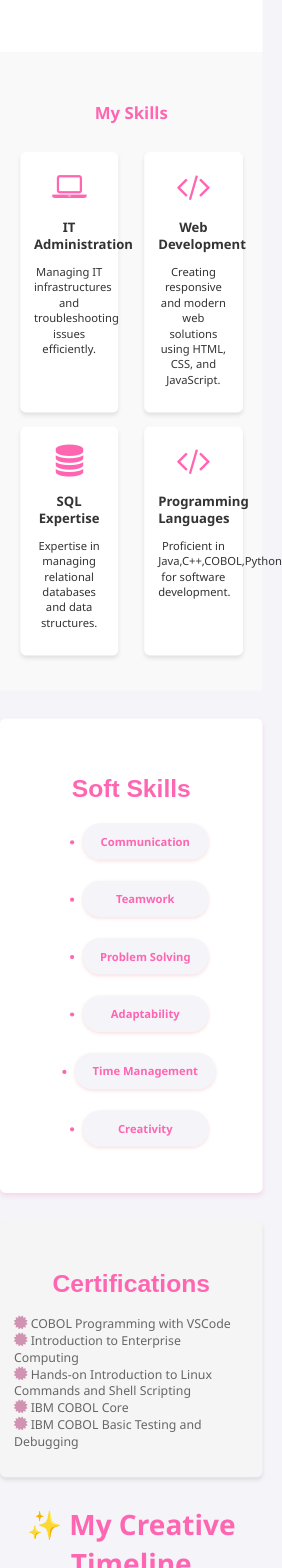
Repository: asandan8106/Asanda-sPortfolio
Page: Portfolio/About.html
An editor plug-in stored every save of this project. The page is shown before and after the next save, followed by the edit.
The browser window is 375 px wide. The page is 403 px wide, so the pictures cover 403 px, including what lies to the right of the window. The pictures show the part of the page from y = 1715 to 3955 px (the page is 5544 px tall before and 5837 px after), at 70% of full size.

Above is the page before, as saved 2025-05-19 10:18:56.
Console error: ReferenceError: Typed is not defined

### Portfolio/About.html
<!DOCTYPE html>
<html lang="en">
<head>
    <meta charset="UTF-8">
    <meta name="viewport" content="width=device-width, initial-scale=1.0">
    <title>Portfolio - About</title>
    <link rel="stylesheet" href="https://cdnjs.cloudflare.com/ajax/libs/font-awesome/4.7.0/css/font-awesome.min.css">
       <link rel="stylesheet" href="styles/CSS/about.css" />
</head>
<body>
    <link href="https://fonts.googleapis.com/css2?family=Fira+Code&display=swap" rel="stylesheet">

    <!-- Navigation Bar -->
    <header>
        <nav class="navbar">
            <div class="icon-bar">
                <a href="index.html"><i class="fa fa-home"></i><span>Home</span></a>
                <a href="About.html"><i class="fa fa-user"></i><span>About</span></a>
                <a href="project.html"><i class="fa fa-folder"></i><span>Projects</span></a>
                <a href="contact.html"><i class="fa fa-envelope"></i><span>Contact</span></a>
                <a href="chatbot.html"><i class="fa fa-wechat"></i><span>Chatbot</span></a>
            </div>
        </nav>
    </header>


    <!-- Hero Section -->
    <section class="hero-section">
        <div class="text">
            <h1>Welcome to My About Page</h1>
            <p>Discover more about my journey, skills, and experiences as a dedicated IT professional.</p>
        </div>
        <img src="images/picture.webp" alt="Your Photo">
    </section>

    <!-- About Section -->
    <section class="about-section">
        <div class="content">
            <h2>Profile Summary</h2>
            <p>
               Technology has never been just a job for me—it’s a playground where I get to transform complex challenges into practical solutions that genuinely make life easier. I thrive on crafting systems that aren’t just efficient and reliable but intuitive enough to simplify the everyday for users. A recent project I’m proud of is a payroll system that effortlessly handles everything from salary calculations to tax deductions, freeing businesses from tedious manual work and helping them run smoother. I’m detail-driven but always keep the bigger picture in mind, making sure every piece fits perfectly together—solid in its foundation and seamless in its experience. After all, debugging is just like being a detective in a crime movie where you are also the murderer! It’s this balance that fuels my passion and keeps me motivated to create technology that truly makes a difference.


            </p>
        </div>
        <div class="highlights">
            <h2>Key Highlights</h2>
            <ul>
                <li><i class="fa fa-check-circle"></i>Turning tech headaches into smooth experiences..</li>
                <li><i class="fa fa-check-circle"></i> Built systems that actually make life easier (ask my payroll project)...</li>
                <li><i class="fa fa-check-circle"></i> Tech that works, not just looks good.</li>
            </ul>
        </div>
    </section>

    <!-- Skills Section -->
    <section class="skills-section">
        <h2>My Skills</h2>
        <div class="skills-container">
            <div class="skill-card">
                <div class="icon"><i class="fa fa-laptop"></i></div>
                <h3>IT Administration</h3>
                <p>Managing IT infrastructures and troubleshooting issues efficiently.</p>
            </div>
            <div class="skill-card">
                <div class="icon"><i class="fa fa-code"></i></div>
                <h3>Web Development</h3>
                <p>Creating responsive and modern web solutions using HTML, CSS, and JavaScript.</p>
            </div>
            <div class="skill-card">
                <div class="icon"><i class="fa fa-database"></i></div>
                <h3>SQL Expertise</h3>
                <p>Expertise in managing relational databases and data structures.</p>
            </div>
            <div class="skill-card">
                <div class="icon"><i class="fa fa-code"></i></div>
                <h3>Programming Languages</h3>
                <p>Proficient in Java,C++,COBOL,Python for software development.</p>
            </div>
        </div>
    </section>
<section class="soft-skills-section">
    <h2>Soft Skills</h2>
    <ul class="soft-skills-list">
        <li>Communication</li>
        <li>Teamwork</li>
        <li>Problem Solving</li>
        <li>Adaptability</li>
        <li>Time Management</li>
        <li>Creativity</li>
    </ul>
</section>
<section class="certification-section" aria-label="Certifications">
  <h2>Certifications</h2>
  <ul class="certification-list">
    <li class="cert-item">
      <i class="fa fa-certificate" aria-hidden="true"></i>
      <a href="https://www.credly.com/badges/4c66f79b-ba31-44de-8d69-b57a3cbdc68f/linked_in_profile"
         target="_blank" rel="noopener noreferrer"
         title="View COBOL Programming with VSCode Certification">
         COBOL Programming with VSCode
      </a>
    </li>
    <li class="cert-item">
      <i class="fa fa-certificate" aria-hidden="true"></i>
      <a href="https://www.coursera.org/account/accomplishments/verify/8TMCOO9QFN47"
         target="_blank" rel="noopener noreferrer"
         title="View Introduction to Enterprise Computing Certification">
         Introduction to Enterprise Computing
      </a>
    </li>
    <li class="cert-item">
      <i class="fa fa-certificate" aria-hidden="true"></i>
      <a href="https://www.credly.com/badges/31d8a5a7-f87c-4acf-a509-039343c42ad2/linked_in_profile"
         target="_blank" rel="noopener noreferrer"
         title="View Hands-on Introduction to Linux Commands and Shell Scripting Certification">
         Hands-on Introduction to Linux Commands and Shell Scripting
      </a>
    </li>
    <li class="cert-item">
      <i class="fa fa-certificate" aria-hidden="true"></i>
      <a href="https://www.coursera.org/account/accomplishments/verify/7HGLX49AV1LQ"
         target="_blank" rel="noopener noreferrer"
         title="View IBM COBOL Core Certification">
         IBM COBOL Core
      </a>
    </li>
    <li class="cert-item">
      <i class="fa fa-certificate" aria-hidden="true"></i>
      <a href="https://www.coursera.org/account/accomplishments/verify/7KDKOBWAL0O5"
         target="_blank" rel="noopener noreferrer"
         title="View IBM COBOL Basic Testing and Debugging Certification">
         IBM COBOL Basic Testing and Debugging
      </a>
    </li>
  </ul>
</section>

 <section class="timeline-container">
    <h1 class="section-title">✨ My Creative Timeline</h1>
    <div class="timeline">

      <div class="timeline-item left">
        <div class="timeline-content">
          <span class="date">2024 - Present</span>
          <h3>💼 COBOL Developer</h3>
          <p>Internship @ CAPACITI - working on payroll systems and legacy modernization.</p>
        </div>
      </div>

      <div class="timeline-item right">
        <div class="timeline-content">
          <span class="date">2024 - Present</span>
          <h3>🎓 Honors in IT</h3>
          <p>Postgrad at Richfield Graduate Institute of Technology.</p>
        </div>
      </div>

      <div class="timeline-item left">
        <div class="timeline-content">
          <span class="date">2022 - 2024</span>
          <h3>🤝 Volunteer Web Developer</h3>
          <p>Contributed IT support and dev for Growth Organization.</p>
        </div>
      </div>

      <div class="timeline-item right">
        <div class="timeline-content">
          <span class="date">2021 - 2024</span>
          <h3>🎓 BSc in Information Technology</h3>
          <p>Specialized in Systems Engineering @ Richfield Institute.</p>
        </div>
      </div>

      <div class="timeline-item left">
        <div class="timeline-content">
          <span class="date">High School</span>
          <h3>🖥️ First Programming Experience</h3>
          <p>Started with Delphi & learned basic programming concepts.</p>
        </div>
      </div>

    </div>
  </section>

    <button id="back-to-top" aria-label="Back to top">
    ↑
</button>


</section>
 <!-- Footer -->
    <footer>
        <p>&copy; 2024 Asanda Ngwenya. All Rights Reserved.</p>
        <p>Connect with me on
            <a href="https://www.linkedin.com/" target="_blank">LinkedIn</a>,
            <a href="https://twitter.com/" target="_blank">Twitter</a>, and
            <a href="https://www.instagram.com/" target="_blank">Instagram</a>.
        </p>
    </footer>
        <script src="Javascript/animation.js"></script>
</body>
</html>

### Portfolio/styles/CSS/about.css
body {
    font-family: 'Arial', sans-serif;
    margin: 0;
    padding: 0;
    color: #333;
    background-color: #f4f4f9;
}

h1, h2 {
    color: #ff66b2;
}

a {
    text-decoration: none;
}

/* Navigation Bar */
.navbar {
    display: flex;
    justify-content: center;
    align-items: center;
    background: #fff;
    position: fixed;
    top: 0;
    width: 100%;
    height: 60px;
    z-index: 100;
    box-shadow: 0px 2px 10px rgba(0, 0, 0, 0.5);
}

.navbar .icon-bar {
    display: flex;
    gap: 25px;
}

.navbar .icon-bar a {
    text-decoration: none;
    color: rgba(0, 0, 0, 0.5);
    font-size: 18px;
    font-weight: bold;
    display: flex;
    align-items: center;
    transition: color 0.3s, background 0.3s;
    padding: 8px 15px;
    border-radius: 5px;
}

.navbar .icon-bar a i {
    margin-right: 8px;
}

.navbar .icon-bar a:hover {
    color: #d62828;
    background: rgba(255, 255, 255, 0.2);
}

.navbar .icon-bar a span {
    display: inline-block;
}

.navbar-right a:hover {
    color: #ff66b2;
}

/* Hero Section */
.hero-section {
    display: flex;
    justify-content: center;
    align-items: center;
    background: url('https://via.placeholder.com/1500x500') no-repeat center center/cover;
    color: white;
    padding: 100px 20px;
}

.hero-section .text {
    text-align: center;
    margin-right: 30px;
}

.hero-section h1 {
    font-size: 48px;
    margin-bottom: 20px;
    animation: fadeIn 1s ease-out;
}

.hero-section p {
    font-size: 20px;
    line-height: 1.6;
    max-width: 800px;
    margin: 0 auto;
    animation: fadeIn 1.5s ease-out;
    color: #333;
}

.hero-section img {
    border-radius: 50%;
    width: 150px;
    height: 150px;
    object-fit: cover;
    border: 4px solid #ff66b2;
}

/* About Section */
.about-section {
    display: flex;
    flex-wrap: wrap;
    justify-content: space-around;
    padding: 50px 20px;
    background-color: white;
    animation: fadeIn 2s ease-out;
}

.about-section .content, .about-section .highlights {
    flex: 1 1 45%;
    margin: 10px;
}

.about-section .content h2, .about-section .highlights h2 {
    margin-bottom: 20px;
}

.about-section .content p {
    color: #666;
    line-height: 1.8;
}

.about-section .highlights ul {
    list-style: none;
    padding: 0;
}

.about-section .highlights ul li {
    margin: 10px 0;
    color: #666;
}

.about-section .highlights ul li i {
    color: #ff66b2;
    margin-right: 10px;
}

/* Skills Section */
.skills-section {
    padding: 50px 20px;
    background-color: #f9f9f9;
    text-align: center;
}

.skills-section h2 {
    margin-bottom: 40px;
    animation: fadeIn 2s ease-out;
}

.skills-container {
    display: flex;
    justify-content: space-around;
    flex-wrap: wrap;
    gap: 20px;
}

.skill-card {
    background-color: white;
    padding: 20px;
    border-radius: 8px;
    box-shadow: 0 4px 6px rgba(0, 0, 0, 0.1);
    transition: transform 0.3s ease, box-shadow 0.3s ease;
    width: 30%;
    animation: fadeIn 2.5s ease-out;
}

.skill-card:hover {
    transform: translateY(-10px);
    box-shadow: 0 8px 15px rgba(0, 0, 0, 0.2);
}

.skill-card .icon {
    font-size: 40px;
    color: #ff66b2;
    margin-bottom: 15px;
    animation: iconBounce 1s infinite ease-in-out;
}

.skill-card h3 {
    margin-bottom: 10px;
}

/* Soft Skills Section */
.soft-skills-section {
    padding: 50px 20px;
    background-color: #fff;
    max-width: 900px;
    margin: 40px auto;
    border-radius: 8px;
    box-shadow: 0 4px 8px rgba(255, 102, 178, 0.2);
    color: #333;
    text-align: center;
}

.soft-skills-section h2 {
    color: #ff66b2;
    font-size: 2.2rem;
    margin-bottom: 30px;
    font-weight: bold;
    font-family: 'Arial', sans-serif;
}

.soft-skills-list {
    display: flex;
    flex-wrap: wrap;
    justify-content: center;
    gap: 30px;
}

.soft-skills-list li {
    background-color: #f4f4f9;
    padding: 15px 25px;
    border-radius: 25px;
    font-weight: 600;
    color: #ff66b2;
    box-shadow: 0 2px 5px rgba(214, 40, 40, 0.15);
    min-width: 130px;
    transition: background-color 0.3s ease, color 0.3s ease;
    cursor: default;
}

.soft-skills-list li:hover {
    background-color: #ff66b2;
    color: white;
    box-shadow: 0 4px 12px rgba(255, 102, 178, 0.6);
}

/* Certification Section */
.certification-section {
    padding: 40px 20px;
    background-color: #f5f5f5;
    color: #333;
    max-width: 900px;
    margin: 40px auto;
    border-radius: 8px;
    box-shadow: 0 4px 6px rgba(0, 0, 0, 0.1);
}

.certification-section h2 {
    text-align: center;
    margin-bottom: 25px;
    color: #ff66b2;
    font-size: 2.2rem;
    font-weight: bold;
    font-family: 'Arial', sans-serif;
}

.certification-list {
    list-style: none;
    padding-left: 0;
    font-size: 1.1rem;
    max-width: 600px;
    margin: 0 auto;
}

.certification-list li i {
    color: #d193b2;
    font-size: 1.4rem;
}

.certification-list a {
    color: #666;
    text-decoration: none;
    font-weight: 500;
    transition: color 0.3s ease;
}

/* Timeline Section */
body {
  margin: 0;
  font-family: "Segoe UI", sans-serif;
  background: #f4f4f9;
}

.section-title {
  text-align: center;
  font-size: 2.5rem;
  margin: 40px 0;
  color: #ff66b2;
}

.timeline-container {
  width: 90%;
  max-width: 1000px;
  margin: 0 auto;
  padding-bottom: 80px;
  position: relative;
}

.timeline {
  position: relative;
  padding: 20px 0;
}

.timeline::before {
  content: '';
  position: absolute;
  left: 50%;
  top: 0;
  width: 4px;
  height: 100%;
  background-color: #ff66b2;
  transform: translateX(-50%);
  z-index: 1;
}

.timeline-item {
  position: relative;
  width: 50%;
  padding: 20px 30px;
  box-sizing: border-box;
}

.timeline-item::before {
  content: '';
  position: absolute;
  top: 30px;
  width: 20px;
  height: 20px;
  background: #ff66b2;
  border: 4px solid #fff;
  border-radius: 50%;
  z-index: 2;
  animation: pulse 2s infinite;
}

@keyframes pulse {
  0% {
    box-shadow: 0 0 0 0 rgba(255, 102, 178, 0.6);
  }
  70% {
    box-shadow: 0 0 0 15px rgba(255, 102, 178, 0);
  }
  100% {
    box-shadow: 0 0 0 0 rgba(255, 102, 178, 0);
  }
}

.timeline-item.left {
  left: 0;
  text-align: right;
}

.timeline-item.left::before {
  right: -10px;
}

.timeline-item.right {
  left: 50%;
  text-align: left;
}

.timeline-item.right::before {
  left: -10px;
}

.timeline-content {
  background: #fff;
  padding: 20px;
  border-radius: 12px;
  box-shadow: 0 4px 20px rgba(0,0,0,0.05);
  border-top: 5px solid #ff66b2;
}

.timeline-content h3 {
  margin: 10px 0 8px;
  color: #ff66b2;
}

.timeline-content .date {
  font-size: 0.85rem;
  color: #d193b2;
  font-weight: bold;
}

.timeline-content p {
  color: #444;
  font-size: 0.95rem;
  margin: 0;
}

/* Responsive Design */
@media screen and (max-width: 768px) {
  .timeline::before {
    left: 10px;
  }

  .timeline-item {
    width: 100%;
    padding-left: 40px;
    padding-right: 20px;
    margin-bottom: 30px;
  }

  .timeline-item.left,
  .timeline-item.right {
    left: 0;
    text-align: left;
  }

  .timeline-item::before {
    left: 0;
  }
}


/* Footer */
footer {
    background-color: #333;
    color: white;
    padding: 30px 20px;
    text-align: center;
    margin-top: 50px;
}

footer p {
    margin: 5px 0;
}

footer a {
    color: #f06292;
    text-decoration: none;
    font-weight: bold;
}

footer a:hover {
    text-decoration: underline;
}

/* Back to Top */
#back-to-top {
    position: fixed;
    bottom: 30px;
    right: 30px;
    background-color: #ff66b2;
    color: white;
    border: none;
    padding: 12px 16px;
    border-radius: 50%;
    font-size: 20px;
    cursor: pointer;
    box-shadow: 0 4px 8px rgba(255, 102, 178, 0.4);
    display: none;
    z-index: 200;
    transition: background-color 0.3s ease;
}

#back-to-top:hover {
    background-color: #d62828;
}

/* Animations */
@keyframes fadeIn {
    from {
        opacity: 0;
        transform: translateY(20px);
    }
    to {
        opacity: 1;
        transform: translateY(0);
    }
}

@keyframes slideIn {
    from {
        opacity: 0;
        transform: translateX(-100%);
    }
    to {
        opacity: 1;
        transform: translateX(0);
    }
}

@keyframes iconBounce {
    0%, 100% {
        transform: scale(1);
    }
    50% {
        transform: scale(1.2);
    }
}

### Portfolio/Javascript/animation.js
document.addEventListener("DOMContentLoaded", () => {
    const options = {
   strings: [
    "I am <span class='name'>Asanda</span> Ngwenya",
    "A Software <span class='name'>Developer</span>",
    "I turn caffeine<span class='name'> into</span> code",
    "And bugs <span class='name'>into </span> features",
    "Let's create <span class='name'>something  </span>  amazing together!"
],

        typeSpeed: 50,
        backSpeed: 50,
        backDelay: 2000,
        loop: true // Keeps looping through the phrases
    };

    new Typed(".typing-effect", options);
});

const backToTopButton = document.getElementById('back-to-top');

window.addEventListener('scroll', () => {
  if (window.scrollY > 300) {
    backToTopButton.style.display = 'block';
  } else {
    backToTopButton.style.display = 'none';
  }
});

backToTopButton.addEventListener('click', () => {
  window.scrollTo({ top: 0, behavior: 'smooth' });
});

const faders = document.querySelectorAll('.fade-in-section');

const appearOptions = {
  threshold: 0.1,
  rootMargin: "0px 0px -50px 0px"
};

const appearOnScroll = new IntersectionObserver((entries, appearOnScroll) => {
  entries.forEach(entry => {
    if (entry.isIntersecting) {
      entry.target.classList.add('is-visible');
      appearOnScroll.unobserve(entry.target);
    }
  });
}, appearOptions);

faders.forEach(fader => {
  appearOnScroll.observe(fader);
});

After the next save:
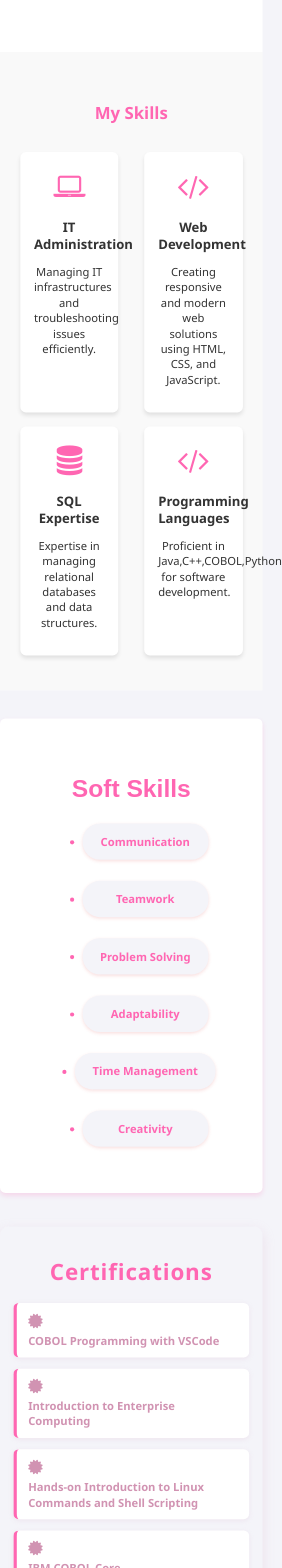
Saved 66 s later.
--- a/Portfolio/styles/CSS/about.css
+++ b/Portfolio/styles/CSS/about.css
@@ -231,42 +231,90 @@ a {
 
 /* Certification Section */
 .certification-section {
-    padding: 40px 20px;
-    background-color: #f5f5f5;
-    color: #333;
-    max-width: 900px;
-    margin: 40px auto;
-    border-radius: 8px;
-    box-shadow: 0 4px 6px rgba(0, 0, 0, 0.1);
+  max-width: 600px;
+  margin: 3rem auto;
+  background-color: #f4f4f9;
+  padding: 1.5rem 2rem;
+  border-radius: 12px;
+  box-shadow: 0 6px 18px rgba(209, 147, 178, 0.2);
 }
 
 .certification-section h2 {
-    text-align: center;
-    margin-bottom: 25px;
-    color: #ff66b2;
-    font-size: 2.2rem;
-    font-weight: bold;
-    font-family: 'Arial', sans-serif;
+  color: #ff66b2;
+  font-weight: 700;
+  font-size: 2rem;
+  margin-bottom: 1.5rem;
+  text-align: center;
+  letter-spacing: 1.2px;
 }
 
 .certification-list {
-    list-style: none;
-    padding-left: 0;
-    font-size: 1.1rem;
-    max-width: 600px;
-    margin: 0 auto;
-}
-
-.certification-list li i {
-    color: #d193b2;
-    font-size: 1.4rem;
-}
-
-.certification-list a {
-    color: #666;
-    text-decoration: none;
-    font-weight: 500;
-    transition: color 0.3s ease;
+  list-style: none;
+  padding: 0;
+  margin: 0;
+  display: flex;
+  flex-direction: column;
+  gap: 1rem;
+}
+
+.cert-item {
+  background: white;
+  border-left: 5px solid #ff66b2;
+  padding: 0.8rem 1rem;
+  display: flex;
+  align-items: center;
+  gap: 12px;
+  border-radius: 8px;
+  box-shadow: 0 2px 8px rgba(209, 147, 178, 0.15);
+  transition: box-shadow 0.3s ease, background-color 0.3s ease;
+}
+
+.cert-item:hover {
+  box-shadow: 0 6px 20px rgba(255, 102, 178, 0.3);
+  background-color: #fff0f7;
+}
+
+.cert-item i.fa-certificate {
+  font-size: 1.8rem;
+  color: #d193b2;
+  flex-shrink: 0;
+}
+
+.cert-item a {
+  color: #d193b2;
+  text-decoration: none;
+  font-weight: 600;
+  font-size: 1.05rem;
+  transition: color 0.3s ease;
+  flex-grow: 1;
+}
+
+.cert-item a:hover,
+.cert-item a:focus {
+  color: #ff66b2;
+  text-decoration: underline;
+  outline: none;
+}
+
+/* Responsive */
+@media (max-width: 480px) {
+  .certification-section {
+    padding: 1rem 1.2rem;
+  }
+
+  .cert-item {
+    flex-direction: column;
+    align-items: flex-start;
+    gap: 6px;
+  }
+
+  .cert-item i.fa-certificate {
+    font-size: 1.5rem;
+  }
+
+  .cert-item a {
+    font-size: 1rem;
+  }
 }
 
 /* Timeline Section */
